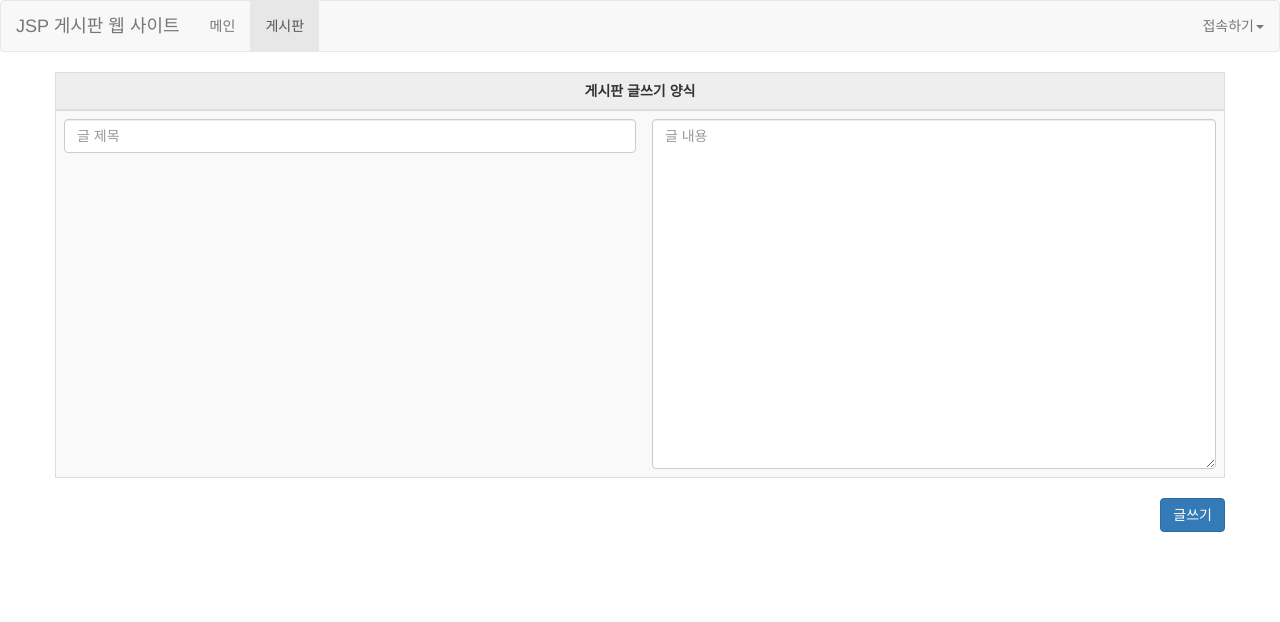
Repository: JoYuKang/Clone_Code
Page: http://localhost/BBS/view.jsp
The author's editor kept a copy of each file at every save. The page is drawn from the files as they stood at one save, then again after the next save.
The browser window is 1280 px wide. The pictures show the whole page.
Some web libraries are served in a nearby version. The page is served by Tomcat 9. Other server files are loaded and not shown.

Above is the page before, as saved 2021-01-22 04:35:35.

### 게시판/project/BBS/WebContent/view.jsp
<%@ page language="java" contentType="text/html; charset=UTF-8"
	pageEncoding="UTF-8"%>
<%@ page import = "java.io.PrintWriter" %>
<!DOCTYPE html>
<html>
<head>
<meta http-equiv="Cotent-type" content="text/html" ; charset="UTF-8">
<meta name="viewport" content="width=device-width" , initial-scale="1">
<link rel="stylesheet" href="css/bootstrap.css">
<title>JSP 웹 게시판</title>
</head>
<body>
	<%
		String userID= null;
			if(session.getAttribute("userID")!=null){
				userID= (String) session.getAttribute("userID");
			}
	%>
	<nav class="navbar navbar-default">
		<div class="navbar-header">
			<button type="button" class="navbar-toggle collapsed"
				data-toggle="collapse" data-target="#bs-example-navbar-collapse-1"
				aria-expanded="false">
				<span class="icon-bar"></span> <span class="icon-bar"></span> <span
					class="icon-bar"></span>
			</button>
			<a class="navbar-brand" href="main.jsp">JSP 게시판 웹 사이트</a>
		</div>
		<div class="collapse navbar-collapse"
			id="bs-example-navbar-collapse-1">
			<ul class="nav navbar-nav">
				<li><a href="main.jsp">메인</a></li>
				<li class="active"><a href="bbs.jsp">게시판</a></li>
			</ul>
			<%
				if(userID==null){
			%>
			<ul class="nav navbar-nav navbar-right">
				<li class="dropdown"><a href="#" class="dropdown-toggle"
					data-toggle="dropdown" role="button" aria-haspopup="true"
					aria-expanded="false">접속하기<span class="caret"></span></a>
					<ul class="dropdown-menu">
						<li><a href="login.jsp">로그인</a></li>
						<li><a href="join.jsp">회원가입</a></li>
					</ul></li>
			</ul>
			<%
				}else{
				%>
				<ul class="nav navbar-nav navbar-right">
				<li class="dropdown"><a href="#" class="dropdown-toggle"
					data-toggle="dropdown" role="button" aria-haspopup="true"
					aria-expanded="false">회원관리<span class="caret"></span></a>
					<ul class="dropdown-menu">
						<li><a href="logoutAction.jsp">로그아웃</a></li>
					</ul></li>
			</ul>
				<%
				}
			%>


		</div>
	</nav>
	<div class="container">
		<div class="row">
		<form method ="post" action="writeAction.jsp">
			<table class = "table table-striped" style="text-align:center; border: 1px solid #dddddd">
				<thead>
					<tr>
						<th colspan="2" style="background-color: #eeeeee; text-align:center;">게시판 글쓰기 양식</th>

					</tr>
				</thead>
					<tbody>
						<tr>
							<td><input type="text" class="form-control" placeholder="글 제목" name = "bbsTitle" maxlength="50"></td>
							<td><textarea type="text" class="form-control" placeholder="글 내용" name = "bbsContent" maxlength="2048" style="height:350px;"></textarea></td>
						</tr>
					</tbody>
			</table>
			<input type ="submit" class="btn btn-primary pull-right" value ="글쓰기">
			</form>
		</div>
	</div>


	<script src="http://code.jquery.com/jquery-3.1.1.min.js"></script>
	<script src="js/bootstrap.js"></script>
</body>
</html>

Loaded but not shown: 게시판/project/BBS/WebContent/css/bootstrap.css (library); 게시판/project/BBS/WebContent/js/bootstrap.js (library)

After the next save:
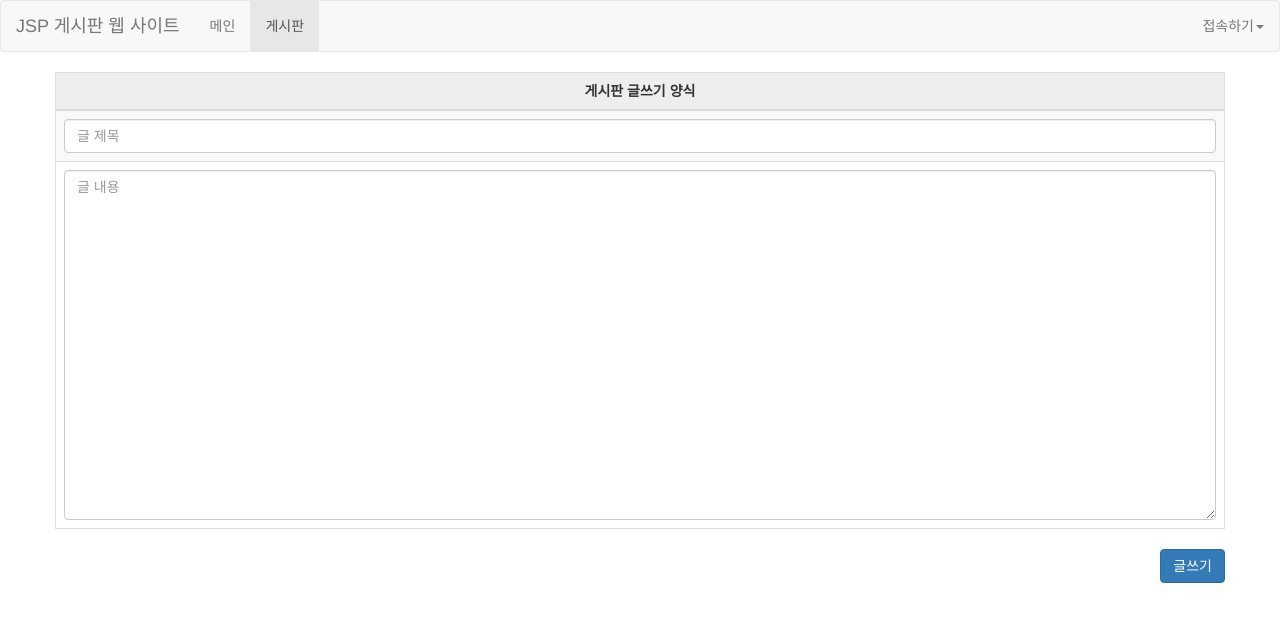
Saved 82 s later.
--- a/게시판/project/BBS/WebContent/view.jsp
+++ b/게시판/project/BBS/WebContent/view.jsp
@@ -75,7 +75,9 @@
 					<tbody>
 						<tr>
 							<td><input type="text" class="form-control" placeholder="글 제목" name = "bbsTitle" maxlength="50"></td>
-							<td><textarea type="text" class="form-control" placeholder="글 내용" name = "bbsContent" maxlength="2048" style="height:350px;"></textarea></td>
+						</tr>
+						<tr>
+							<td><textarea class="form-control" placeholder="글 내용" name = "bbsContent" maxlength="2048" style="height:350px;"></textarea></td>
 						</tr>
 					</tbody>
 			</table>
